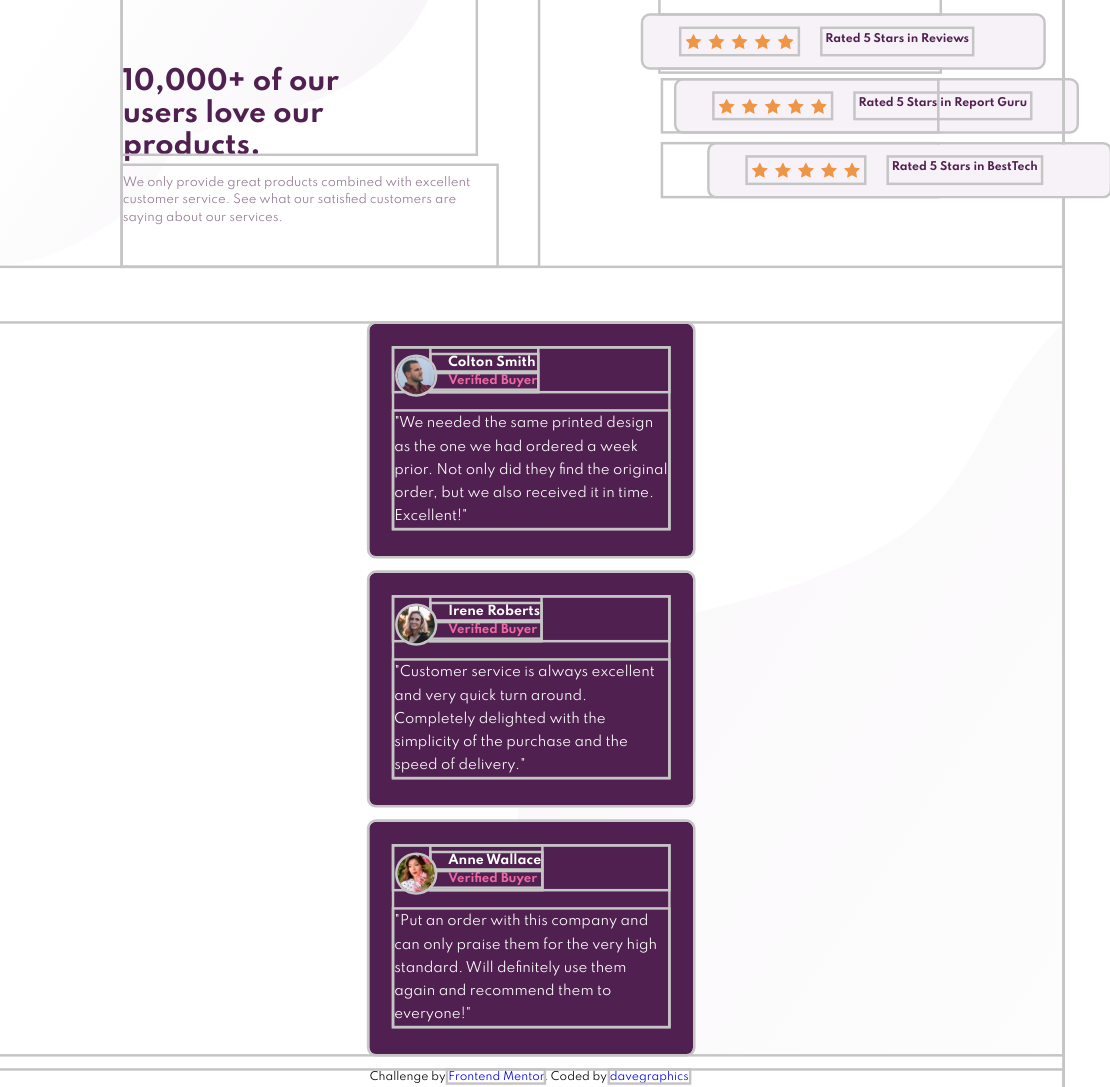
Repository: DejV44/social-proof-section-master
Page: index.html
An editor plug-in stored every save of this project. The page is shown before and after the next save, followed by the edit.
The browser window is 1280 px wide. The page is 1337 px wide, so the pictures cover 1337 px, including what lies to the right of the window. The pictures show the whole page, at 83% of full size.
The style sheet was rebuilt from its Sass, Less or Tailwind sources for each picture, by a compiler version that may differ from the author's.

Above is the page before, as saved 2021-06-23 21:13:13.

### index.html
<!DOCTYPE html>

<html lang="en">
<head>
    <meta charset="UTF-8">
    <meta http-equiv="X-UA-Compatible" content="IE=edge">
    <meta name="viewport" content="width=device-width, initial-scale=1.0">
    <link rel="stylesheet" href="../css/main.css">
    <title>social-proof-section-master</title>
</head>
<body>
    <section class="main">
        <div class="titles">
            <h1 class="title">10,000+ of our users love our products.</h1>
            <p class="item-1">We only provide great products combined with excellent customer service. See what our satisfied customers are saying about our services.</p>
        </div>
        <div class="container">
            <ul>
                <li class="item1">
                    <img src="../img/stars.svg" alt="stars">
                    <h3>Rated 5 Stars in Reviews</h3>
                </li>
            </ul>

            <ul>
                <li class="item2">
                    <img src="../img/stars.svg" alt="stars">
                    <h3>Rated 5 Stars in Report Guru</h3>
                </li>
            </ul>

            <ul>
                <li class="item3">
                    <img src="../img/stars.svg" alt="stars">
                    <h3>Rated 5 Stars in BestTech</h3>
                </li>
            </ul>
        </div>
    </section>

    <section class="citate">
        <ul>
            <li>
                <div class="identy">
                    <img src="../img/image-colton.jpg" alt="stars">
                    <div>
                        <h3>Colton Smith</h3>
                        <h4>Verified Buyer</h4>
                    </div>
                </div>
                <blockquote>"We needed the same printed design as the one we had ordered a week prior. Not only did they find the original order, but we also received it in time. Excellent!"</blockquote>
            </li>
        </ul>

        <ul>
            <li>
                <div class="identy">
                    <img src="../img/image-irene.jpg" alt="stars">
                    <div>
                        <h3>Irene Roberts</h3>
                        <h4>Verified Buyer</h4>
                    </div>
                </div>
                <blockquote>"Customer service is always excellent and very quick turn around. Completely delighted with the simplicity of the purchase and the speed of delivery."</blockquote>
            </li>
        </ul>

        <ul>
            <li>
                <div class="identy">
                    <img src="../img/image-anne.jpg" alt="stars">
                    <div>
                        <h3>Anne Wallace</h3>
                        <h4>Verified Buyer</h4>
                    </div>
                </div>
                <blockquote>"Put an order with this company and can only praise them for the very high standard. Will definitely use them again and recommend them to everyone!"</blockquote>
            </li>
        </ul>
    </section>
    <div class="attribution">
        Challenge by
        <a href="https://www.frontendmentor.io?ref=challenge" target="_blank"
          >Frontend Mentor</a
        >. Coded by <a href="#">davegraphics</a>.
      </div>

</body>
</html>

### css/main.scss
@import url('https://fonts.googleapis.com/css2?family=Spartan:wght@400;500;700&display=swap');

*{
    margin: 0;
    padding: 0;
    -webkit-font-smoothing: antialiased;
    outline: 3px solid rgb(197, 197, 197);
}

:root {
    --primary-color: hsl(300, 43%, 22%);
    --soft-pink: hsl(333, 80%, 67%);
    --neutral-color: hsl(303, 10%, 53%);
    --light-color: hsl(300, 24%, 96%);
    --white: hsl(0, 0%, 100%);
}

body {
    margin: 0;
    padding: 0;
    //background: var(--white);
    font-family: 'Spartan', sans-serif;




    .main {
        text-align: center;
        margin: 0 auto 70px auto;
        background-image: url(..//img/bg-pattern-top-mobile.svg);
        background-repeat: no-repeat;
        background-size: contain;



        .title {
            margin: 0 auto;
            padding: 2.5em 15% 0 15%;
            font-size: 2em;
            font-weight: bold;
            color: var(--primary-color);
            width: 250px;
            height: 105px;
        }

        p {
            padding: 10px 0;
            margin: 10px auto;
            color: var(--neutral-color);
            line-height: 1.5em;
            width: 325px;
            height: 100px;
            font-size: 14px;
        }

        .container {
            padding: .2em;
            width: 330px;
            height: 80px;
            display: inline-block;


            li {
                list-style: none;
                padding: 1em;
                margin: 1em;
                background: var(--light-color);
                border-radius: .5em;

                img {
                    padding: .3em;
                    width: 130px;
                    height: 20px;
                }

                h3 {
                    padding: .3em;
                    color: var(--primary-color);
                    font-size: 13px;
                }
            }
        }


    }
    .citate :first-element {
        margin-top: 100px;
    }

    .citate {
        background-image: url(..//img/bg-pattern-bottom-mobile.svg);
        background-repeat: no-repeat;
        background-size: contain;
        background-position-x: 100%;
        background-position-y: 100%;



        ul {
            list-style: none;
            padding: 30px;

            background: var(--primary-color);
            border-radius: .5em;
            width: 330px;
            height: 220px;
            margin: 0px auto 20px auto;



                .identy {
                    display: flex;




                    h3 {
                        color: var(--white);
                        margin: .5em 0 .2em 0;
                        padding-left: 20px;
                        font-size: 15px;

                    }

                    h4 {
                        color: var(--soft-pink);
                        margin: .4em 0 .2em 0;
                        padding-left: 20px;
                        font-size: 14px;

                    }

                    img {
                        margin-top: 6px;
                        border-radius: 5em;
                        width: 45px;
                        height: 45px;
                        position: relative;
                        top: 4px;
                        left: 4px;
                    }


                }
                blockquote {
                    color: var(--white);
                    margin-top: 25px;
                    line-height: 28px;
                    text-align: left;
                }
        }


    }

    .attribution {
        text-align: center;
        font-size: 13px;
        padding-bottom: 5px;

        a {
            text-decoration: none;
            font-size: 13px;

        }
    }

}

@media only screen and (min-width: 768px) {



    .main {
        display: flex;
        flex-wrap: nowrap;
        justify-content: space-between;


        .titles {
            align-items: flex-start;
            margin-left: auto;
            margin-right: auto;
            width: 500px;
            text-align: left;

            .title {
                margin: 0 auto 0 0;
                padding-left: 0;
                width: 350px;
            }

            p {
                margin: 15px auto 0 0;
                padding-left: 0;
                width: 450px;
            }

        }

        .container {
            align-items: flex-end;
            margin-right: auto;

            .item1 {
                position: relative;
                left: -40px;
            }

            .item3 {
                position: relative;
                left: +40px;
            }

            li {
                width: 450px;
                max-height: 45px;
                display: flex;
                padding-top: 0;

                img {

                    margin-right: 30px;
                    margin-left: 30px;

                }

                h3 {
                    /*position: relative;*/
                    margin-top: 0;
                    margin-bottom: 0;
                    max-width: 210px;

                }
            }
        }
    }
}

After the next save:
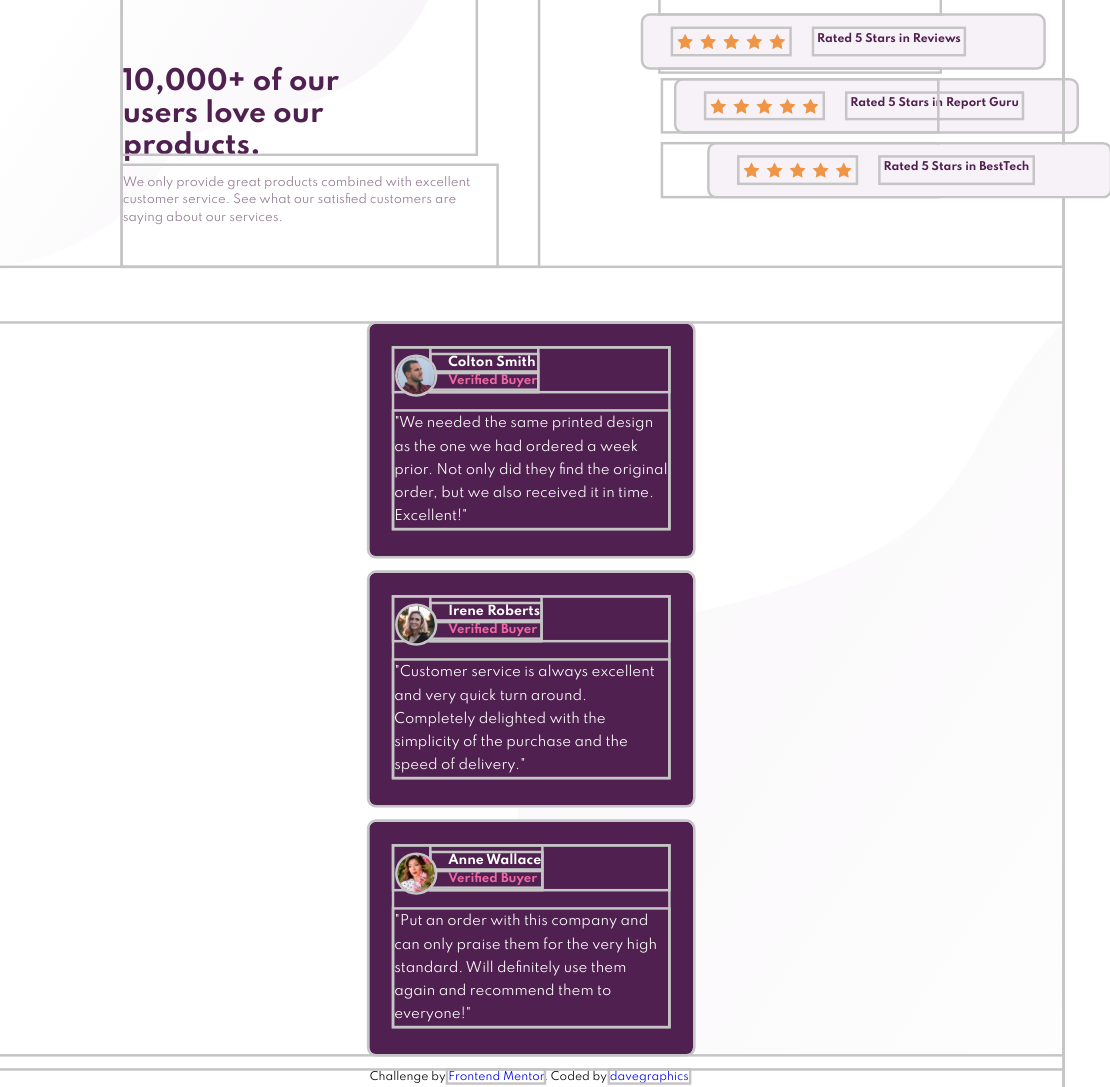
Saved 5 s later.
--- a/css/main.scss
+++ b/css/main.scss
@@ -221,7 +221,7 @@ body {
                 img {
 
                     margin-right: 30px;
-                    margin-left: 30px;
+                    margin-left: 20px;
 
                 }
 
